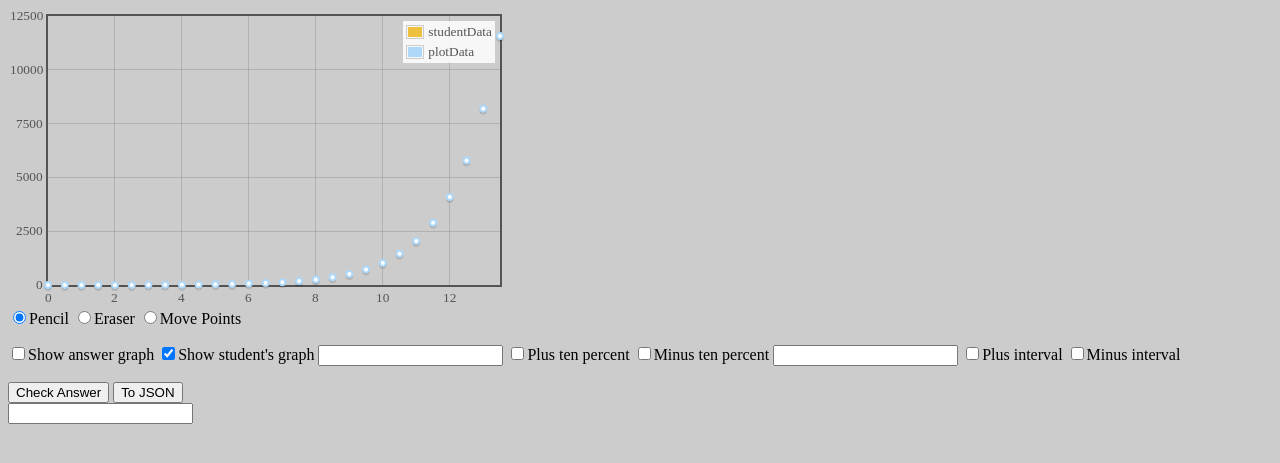
Repository: danmartelly/601autogradeGraphs
Page: flotSketching/test.html
The author's editor kept a copy of each file at every save. The page is drawn from the files as they stood at one save, then again after the next save.
The browser window is 1280 px wide. The pictures show the whole page.

Above is the page before, as saved 2014-01-30 18:33:59.

After the next save:
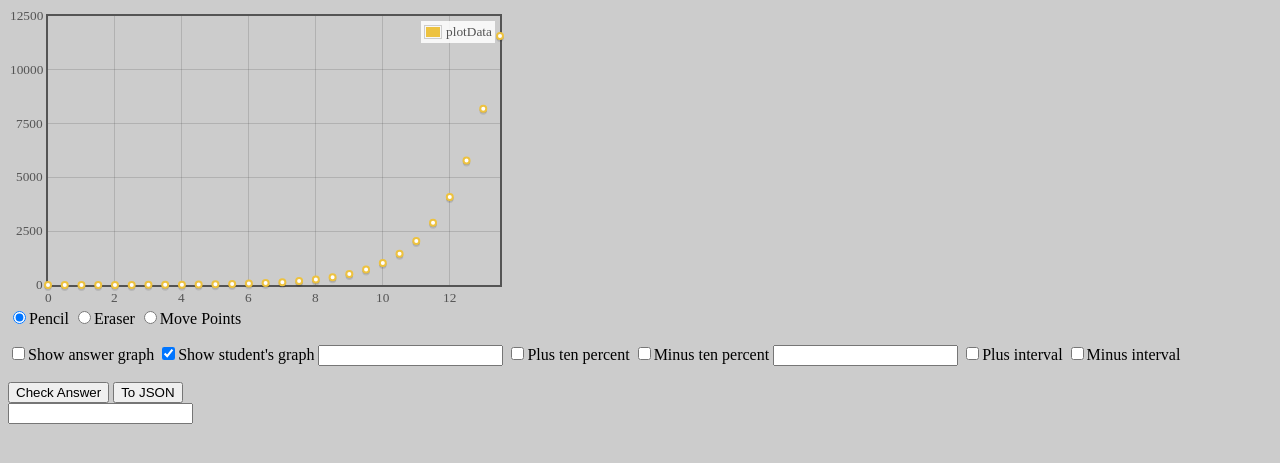
Saved 82 s later.
--- a/flotSketching/test.js
+++ b/flotSketching/test.js
@@ -39,7 +39,7 @@ $(function() {
 		elements.each(function () {
 
 			var allData = [];
-			if ($("#studentCheckbox").prop("checked")) {
+			if ($(this).find(".studentCheckbox").prop("checked")) {
 				allData.push(studentData);
 			}
 			if ($("#answerCheckbox").prop("checked")) {
